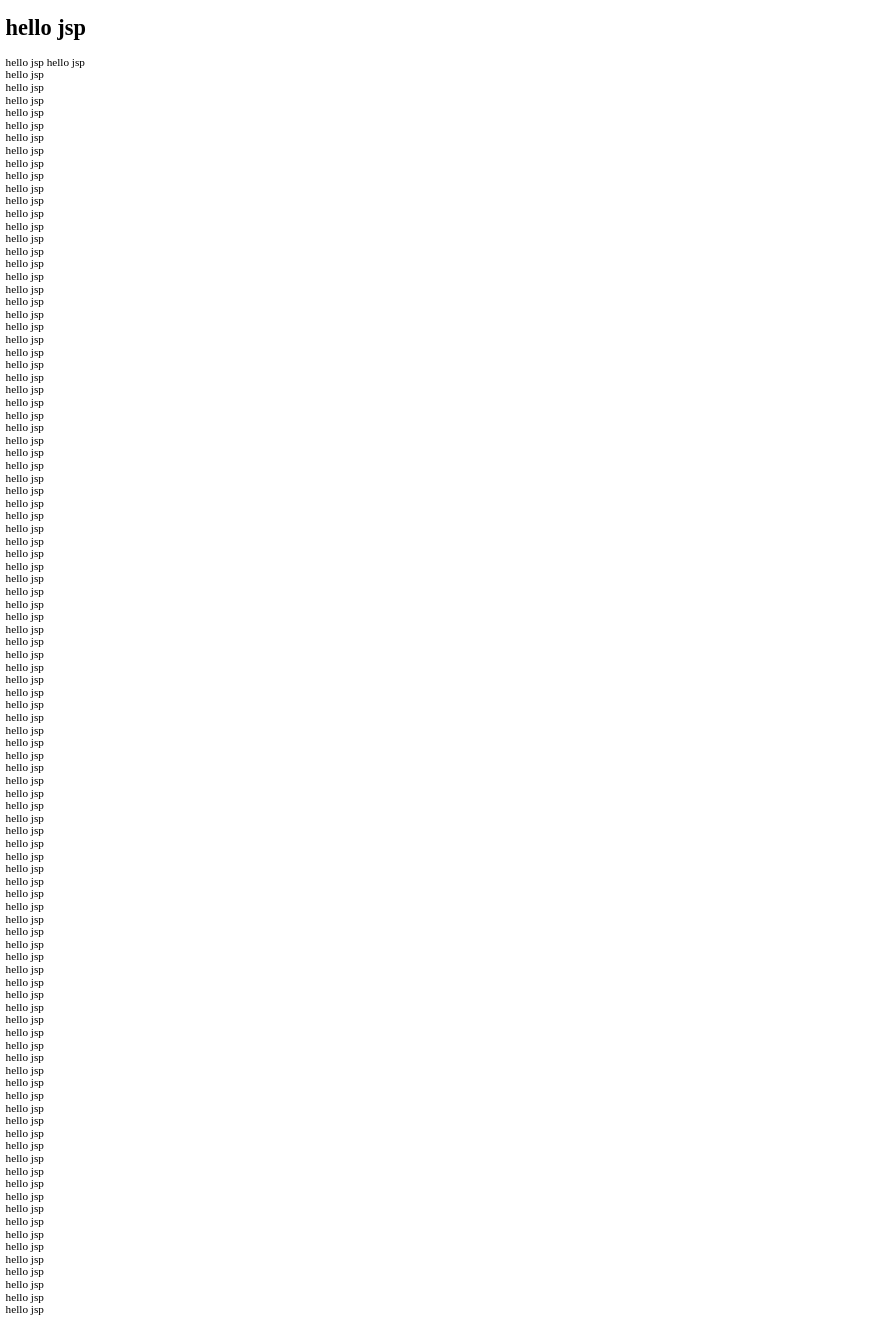
Repository: jinyoung9703/jsp-launch
Page: http://localhost/jsp01/hello.jsp
The author's editor kept a copy of each file at every save. The page is drawn from the files as they stood at one save, then again after the next save.
The browser window is 1280 px wide. The pictures show the whole page, at 70% of full size.
The page is served by Tomcat 9.

Above is the page before, as saved 2023-06-02 01:15:09.

### jsp01/src/main/webapp/hello.jsp
<%@ page language="java" contentType="text/html; charset=UTF-8"
    pageEncoding="UTF-8"%>
    <%!
    String name = "장성호";
    String msg = "hello";
    %>
<!DOCTYPE html>
<html>
<head>
<meta charset="UTF-8">
<title>Insert title here</title>
</head>
<body>
	<h1>hello jsp</h1>
	<%
		out.println("hello jsp");
		for(int i=0;i<100;i++){
			out.print("hello jsp <br>");
		}
	%>
</body>
</html>

After the next save:
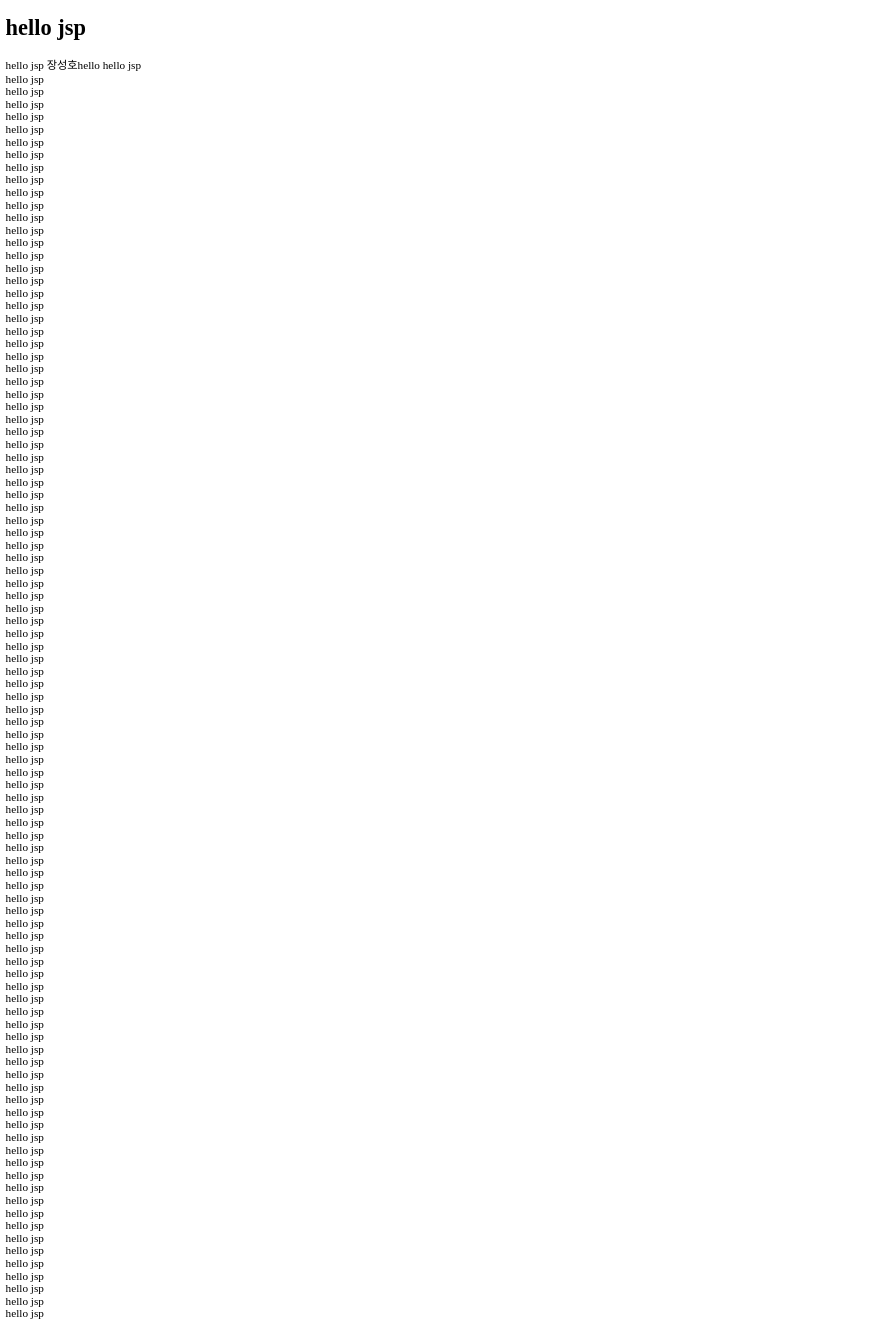
Saved 40 s later.
--- a/jsp01/src/main/webapp/hello.jsp
+++ b/jsp01/src/main/webapp/hello.jsp
@@ -14,6 +14,7 @@
 	<h1>hello jsp</h1>
 	<%
 		out.println("hello jsp");
+		out.println(name+msg);
 		for(int i=0;i<100;i++){
 			out.print("hello jsp <br>");
 		}
